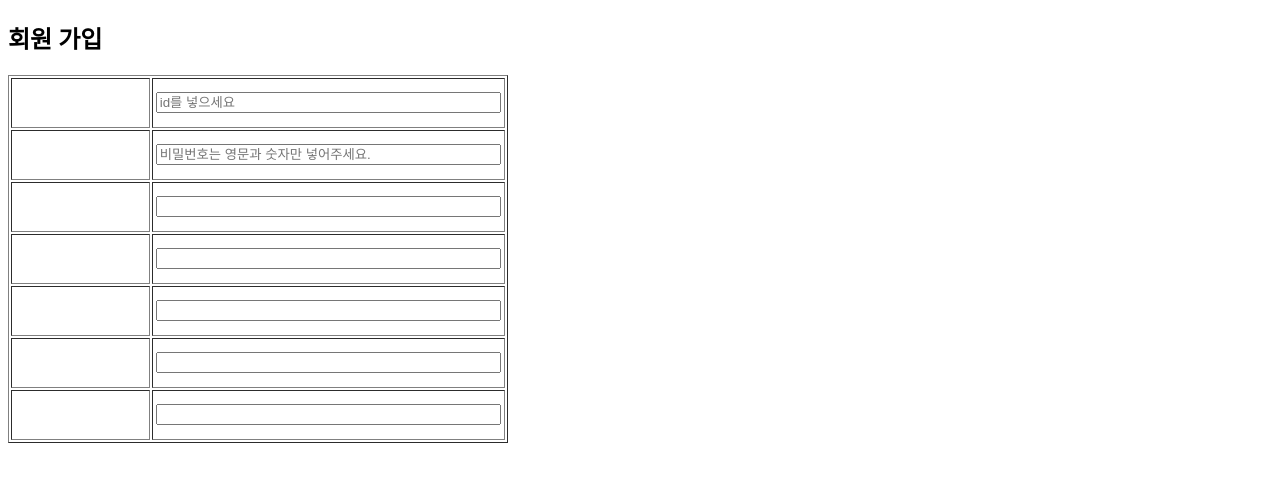
Repository: mungkeu/JSP_Web
Page: http://localhost/DataBase/MemberJoin.jsp
An editor plug-in stored every save of this project. The page is shown before and after the next save, followed by the edit.
The browser window is 1280 px wide. The pictures show the whole page.
The page is served by Tomcat 9.

Above is the page before, as saved 2022-08-01 22:43:28.

After the next save:
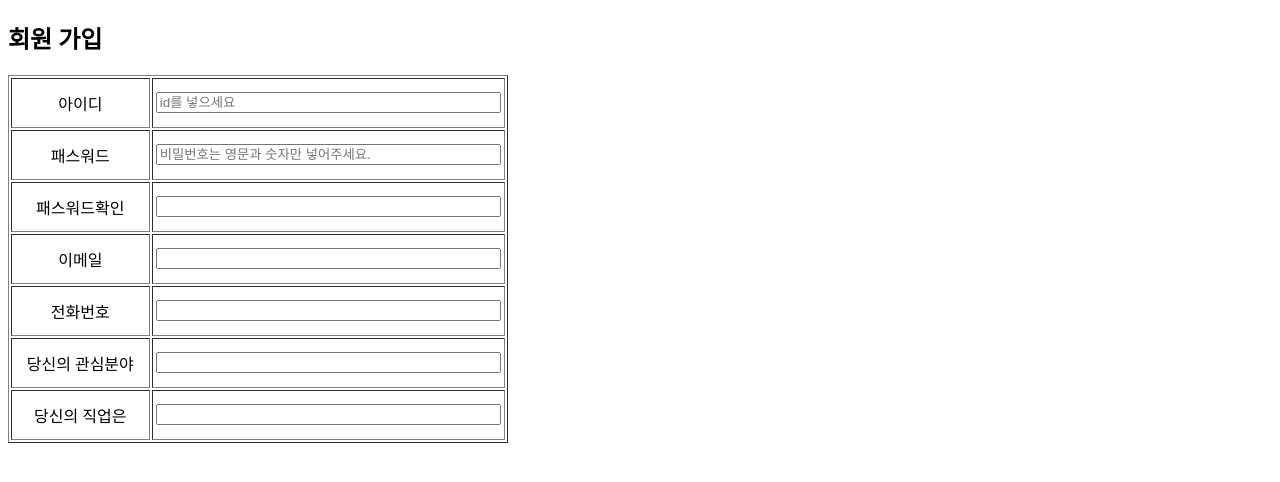
Saved 8 min 37 s later.
--- a/DataBase/src/main/webapp/MemberJoin.jsp
+++ b/DataBase/src/main/webapp/MemberJoin.jsp
@@ -11,31 +11,31 @@
 	<form action="" method="post">
 	<table width="500" border="1">
 	<tr height="50">
-		<td width="150" align="center"></td>
+		<td width="150" align="center">아이디</td>
 		<td width="350" align="center"><input type="text" name="id" size="40" placeholder="id를 넣으세요">
 	</tr>
 	<tr height="50">
-		<td width="150" align="center"></td>
+		<td width="150" align="center">패스워드</td>
 		<td width="350" align="center"><input type="password" name="pass1" size="40" placeholder="비밀번호는 영문과 숫자만 넣어주세요.">
 	</tr>
 	<tr height="50">
-		<td width="150" align="center"></td>
+		<td width="150" align="center">패스워드확인</td>
+		<td width="350" align="center"><input type="password" name="pass2" size="40">
+	</tr>
+	<tr height="50">
+		<td width="150" align="center">이메일</td>
 		<td width="350" align="center"><input type="text" name="id" size="40"
 	</tr>
 	<tr height="50">
-		<td width="150" align="center"></td>
+		<td width="150" align="center">전화번호</td>
 		<td width="350" align="center"><input type="text" name="id" size="40"
 	</tr>
 	<tr height="50">
-		<td width="150" align="center"></td>
+		<td width="150" align="center">당신의 관심분야</td>
 		<td width="350" align="center"><input type="text" name="id" size="40"
 	</tr>
 	<tr height="50">
-		<td width="150" align="center"></td>
-		<td width="350" align="center"><input type="text" name="id" size="40"
-	</tr>
-	<tr height="50">
-		<td width="150" align="center"></td>
+		<td width="150" align="center">당신의 직업은</td>
 		<td width="350" align="center"><input type="text" name="id" size="40"
 	</tr>
 	</table>
